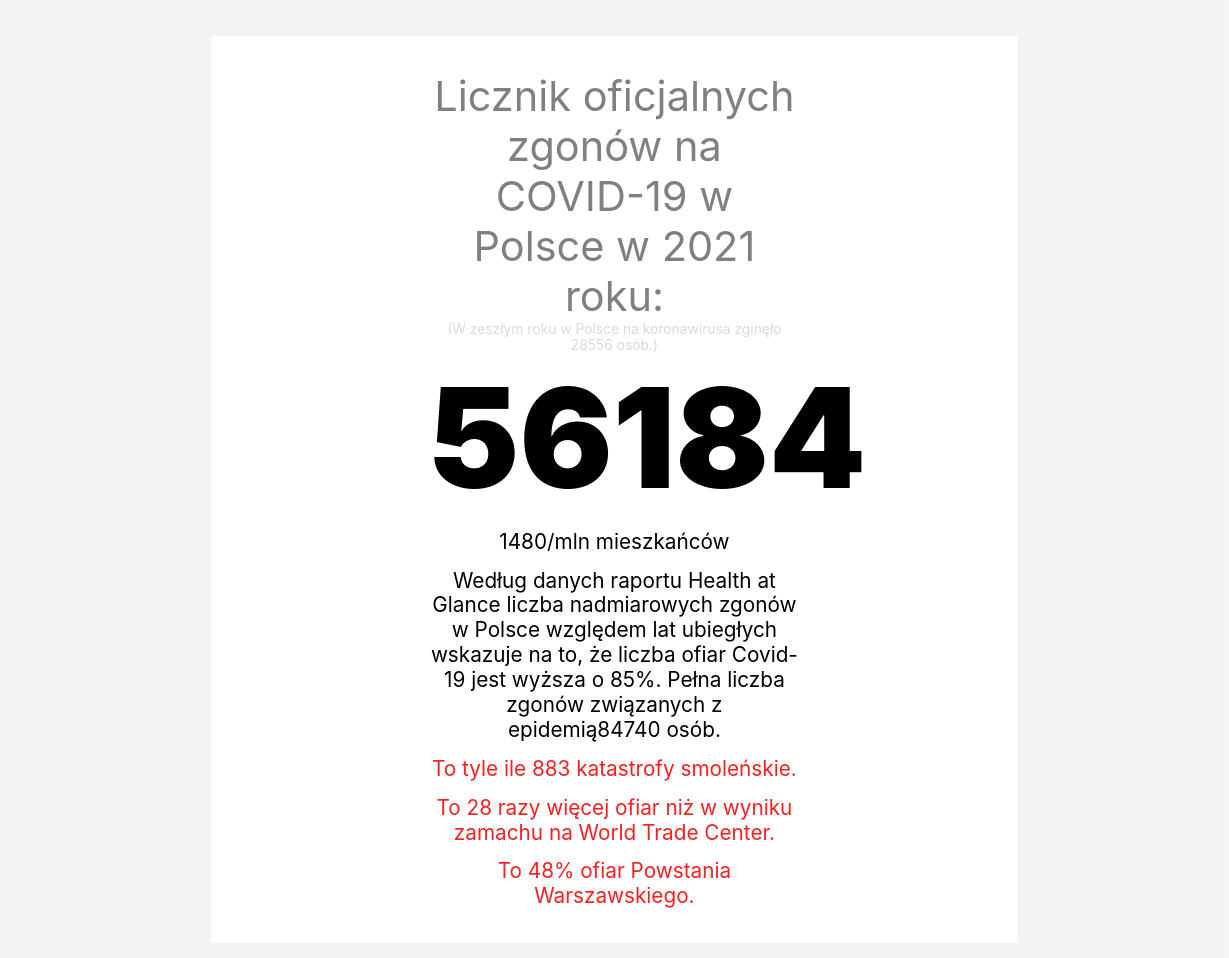
Repository: michalgornicki/poland-covid
Page: /
These files come from the project's save history. The page is drawn as it stood at one moment and after a run of saves; the edit follows.
The browser window is 1280 px wide. The pictures show the whole page, at 96% of full size.
The project was rebuilt for these pictures with package versions that can differ from the ones it lists, and the page was loaded fresh each time.

Above is the page before, as saved 2021-12-04 21:11:00.

After the next 7 saves:
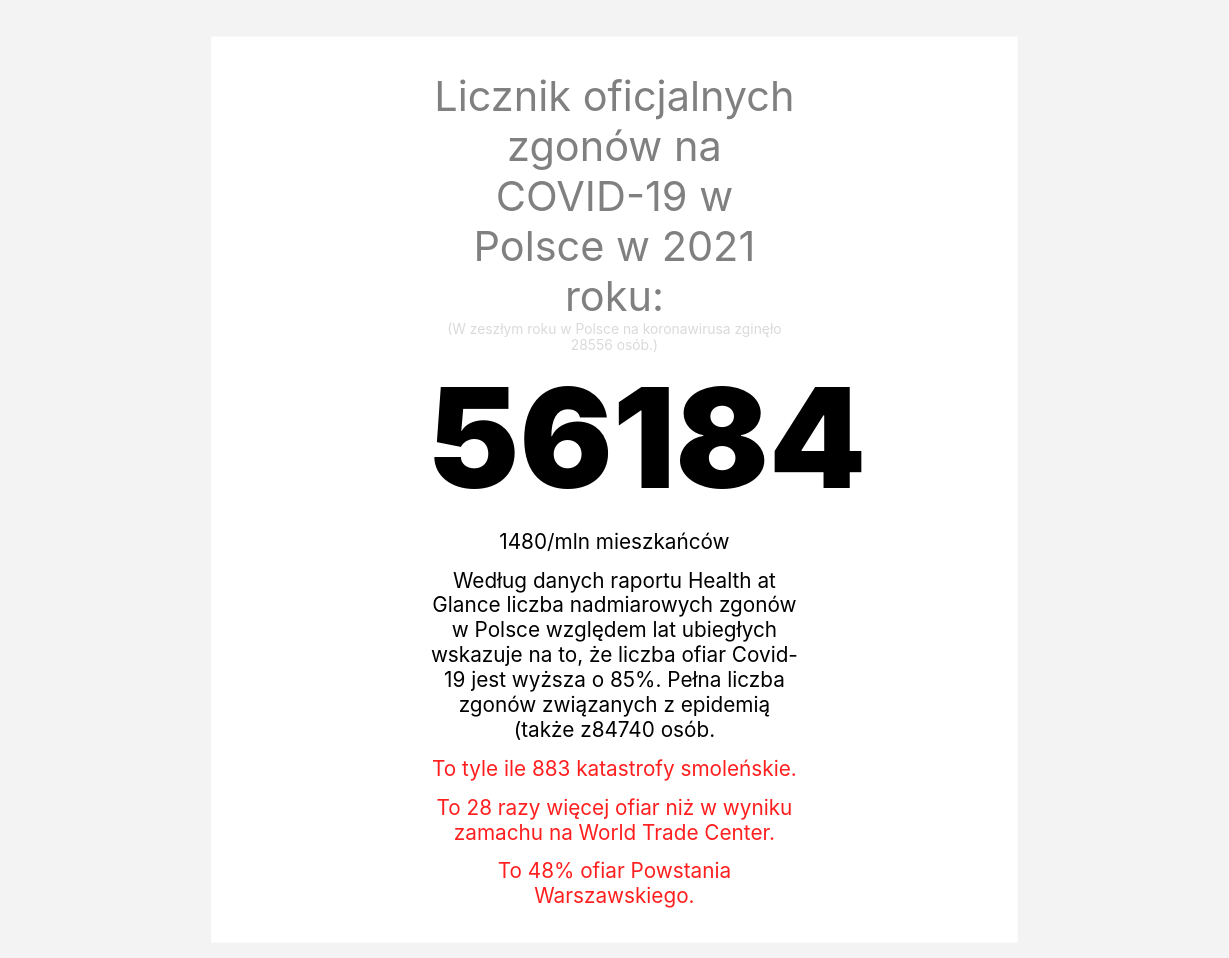
The 7 saves are shown as one change because they came seconds apart.
The last was saved 16 s later.
--- a/src/App.jsx
+++ b/src/App.jsx
@@ -22,7 +22,7 @@ function App() {
     document.getElementsByClassName("counter-3")[0].innerHTML =
       "Łącznie na Covid-19 zginęło w Polsce już " + (deaths + 28556) + " osób.";
       document.getElementsByClassName("counter-3")[0].innerHTML =
-      "Według danych raportu Health at Glance liczba nadmiarowych zgonów w Polsce względem lat ubiegłych wskazuje na to, że liczba ofiar Covid-19 jest wyższa o 85%. Pełna liczba zgonów związanych z epidemią" + (deaths + 28556) + " osób.";
+      "Według danych raportu Health at Glance liczba nadmiarowych zgonów w Polsce względem lat ubiegłych wskazuje na to, że liczba ofiar Covid-19 jest wyższa o 85%. Pełna liczba zgonów związanych z epidemią (także z" + (deaths + 28556) + " osób.";
     document.getElementsByClassName("counter-4")[0].innerHTML =
       "To tyle ile " + smolensk + " katastrofy smoleńskie.";
       document.getElementsByClassName("counter-4")[1].innerHTML =
